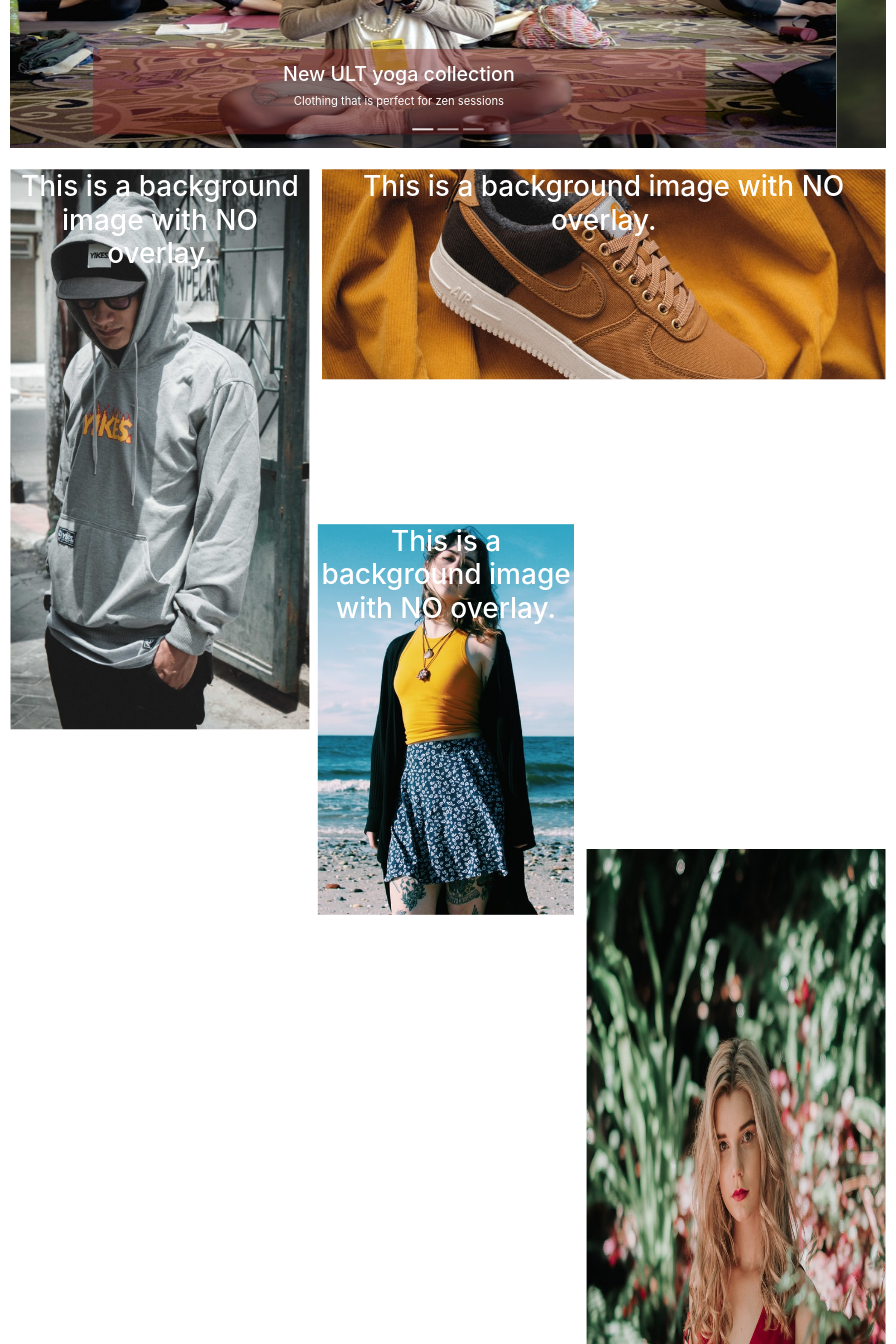
Repository: Ajtheult/Luma-Challenge-Site
Page: /
An editor plug-in stored every save of this project. The page is shown before and after a run of saves, followed by the edit.
The browser window is 1280 px wide. The pictures show the part of the page from y = 397 to 2317 px (the page is 3764 px tall), at 70% of full size.
The project was rebuilt for these pictures with package versions that can differ from the ones it lists, and the page was loaded fresh each time.

Above is the page before, as saved 2020-08-31 12:06:48.

After the next 2 saves:
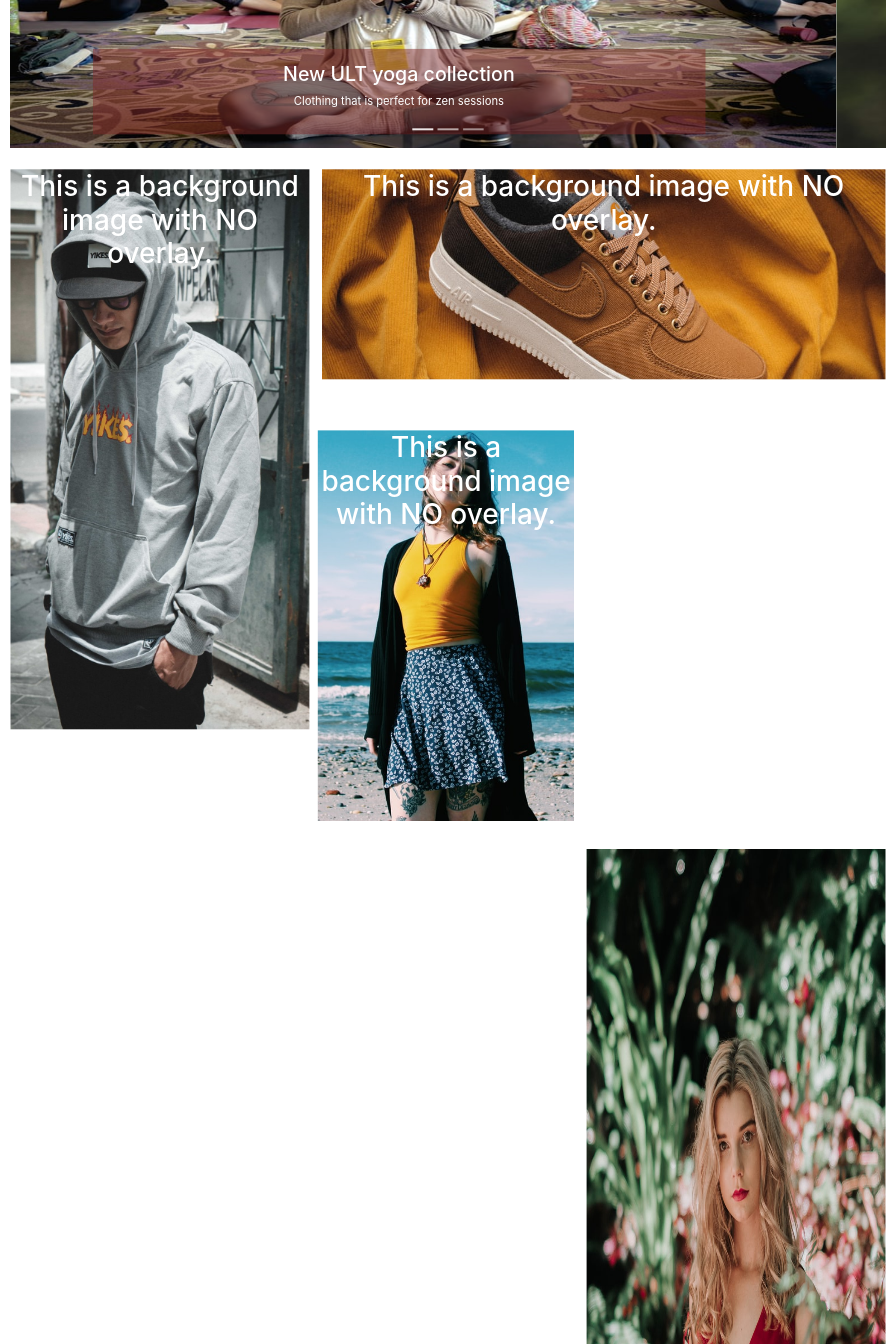
The 2 saves are shown as one change because they came seconds apart.
The last was saved 7 s later.
--- a/src/components/layout/pages/Home.css
+++ b/src/components/layout/pages/Home.css
@@ -39,7 +39,7 @@
   color: #fff;
   width: 60%;
   height: 70%;
-  margin-top: -48%;
+  margin-top: -70%;
   margin-right: -32%;
   float: right;
 }
